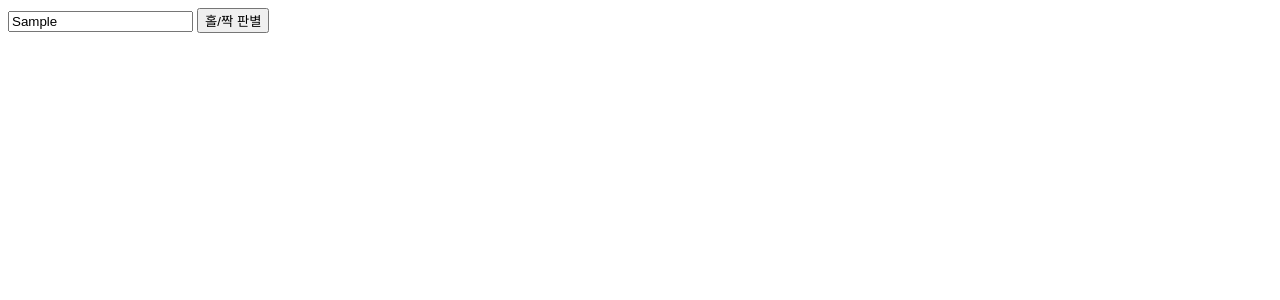
Repository: Jin0207/javaScript
Page: http://localhost/day1230/OddEvenTest.jsp
These files come from the project's save history. The page is drawn as it stood at one moment and after the next save; the edit follows.
The browser window is 1280 px wide. The pictures show the whole page.
Empty fields were first filled with sample values (such as "Sample", 5 or name@example.com).
After loading, the first visible `button` was clicked once.
The page is served by Tomcat 9.

Above is the page before, as saved 2021-12-30 08:23:15.
Console error: TypeError: Cannot set properties of null (setting 'innerHTML')

After the next save:
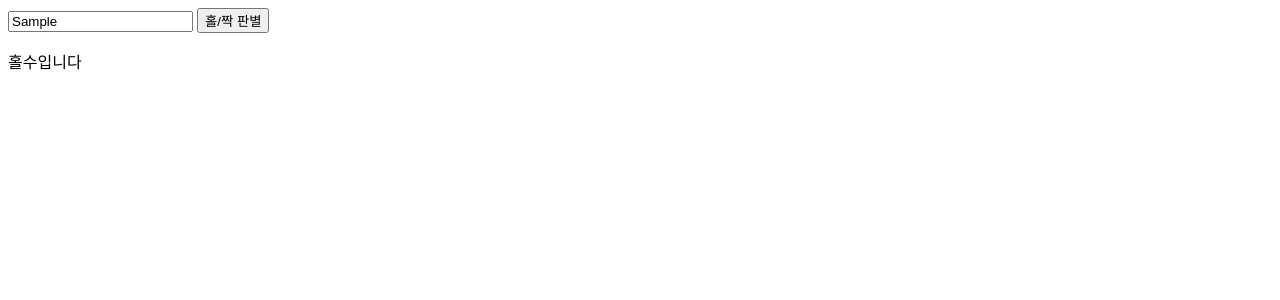
The error is gone.
Saved 25 s later.
--- a/day1230/src/main/webapp/OddEvenTest.jsp
+++ b/day1230/src/main/webapp/OddEvenTest.jsp
@@ -6,13 +6,16 @@
 <meta charset="UTF-8">
 <title>Insert title here</title>
 <script type="text/javascript">
-	const num = document.getElementById("num1");
+	function oddEven() {
+		const num = document.getElementById("num1");
 
-	if(num % 2 == 1){
-		document.getElementById("re").innerHTML="짝수입니다";
-	}else{
-		document.getElementById("re").innerHTML="홀수입니다";
+		if(num % 2 == 1){
+			document.getElementById("re").innerHTML="짝수입니다";
+		}else{
+			document.getElementById("re").innerHTML="홀수입니다";
+		}
 	}
+
 </script>
 </head>
 <body>
